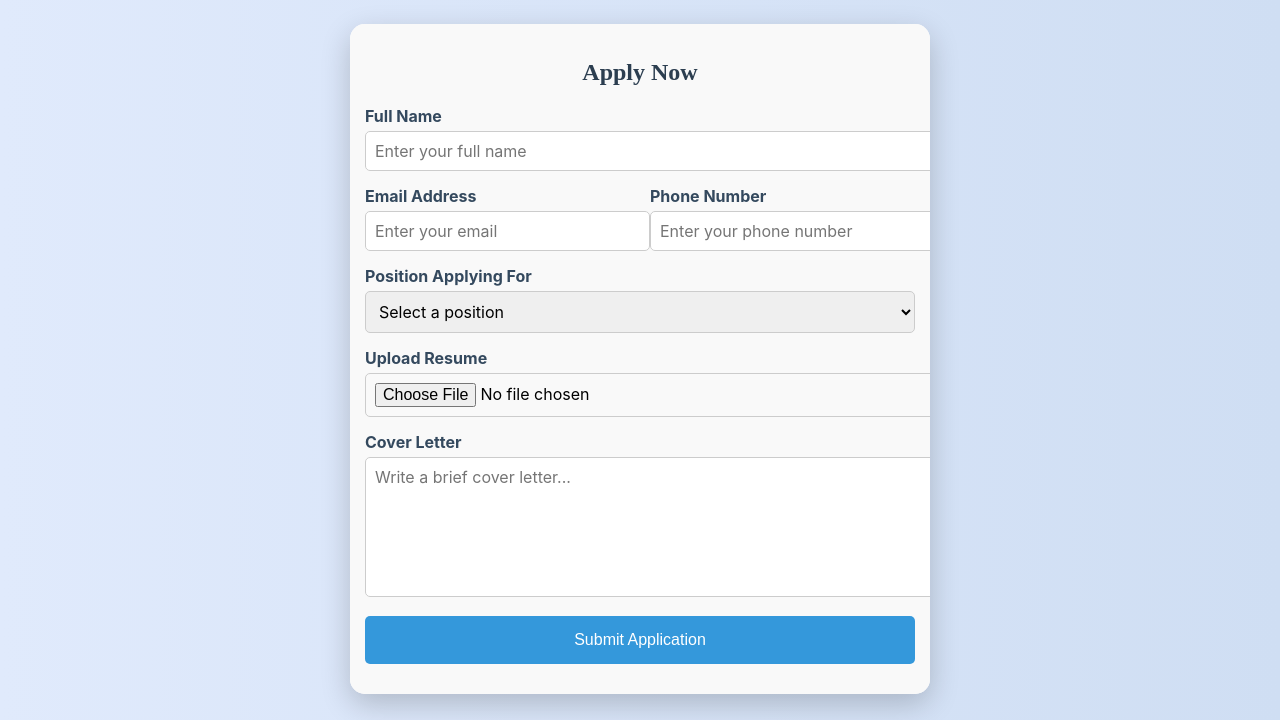
Repository: abhibkop27/CIMDR
Page: src/interview_form.html
These files come from the project's save history. The page is drawn as it stood at one moment and after the next save; the edit follows.
The browser window is 1280 px wide. The pictures show the whole page.

Above is the page before, as saved 2025-01-20 15:48:19.

### src/interview_form.html

   <!DOCTYPE html>
   <html lang="en">
   <head>
    <meta charset="UTF-8">
    <meta name="viewport" content="width=device-width, initial-scale=1.0">
    <link rel="stylesheet" href="./interview.css">
    <title>Document</title>
   </head>
   <body>
      <!-- carrer -->

      <div class="container" id="Career">
        <div class="carrer-card">
          <div class="career-page">





            <div class="form-section">
              <h2>Apply Now</h2>
              <form action="https://api.web3forms.com/submit"  method="POST">


                  <input type="hidden" name="apikey" value="f366a208-4a55-41c9-8898-09ee06530176">

                  <div class="form-group">
                      <label for="name">Full Name</label>
                      <input type="text" id="name" name="name" placeholder="Enter your full name" required>


                  </div>

                  <div class="form-group row-fields">
                    <div class="half-width">
                        <label for="email">Email Address</label>
                        <input type="email" id="email" name="email" placeholder="Enter your email" required>
                    </div>
                    <div class="half-width">
                        <label for="phone">Phone Number</label>
                        <input type="tel" id="phone" name="phone" placeholder="Enter your phone number" required>
                    </div>
                </div>

                  <div class="form-group">
                      <label for="position">Position Applying For</label>
                      <select id="position" name="position" required>
                          <option value="">Select a position</option>
                          <option value="software-developer">Software Developer</option>
                          <option value="ui-ux-designer">UI/UX Designer</option>
                          <option value="project-manager">Project Manager</option>
                          <option value="qa-engineer">QA Engineer</option>
                      </select>
                  </div>

                  <div class="form-group">
                      <label for="resume">Upload Resume</label>
                      <input type="file" id="resume" name="resume" required>
                  </div>

                  <div class="form-group">
                      <label for="message">Cover Letter</label>
                      <textarea id="message" name="message" placeholder="Write a brief cover letter..." required></textarea>
                  </div>

                  <div class="form-group">
                      <button type="submit">Submit Application</button>
                  </div>
              </form>


          </div>
        </div>
        </div>
      </div>

   </body>
   </html>

### src/interview.css

/* carrer */

body{
    background: linear-gradient(to right, #E0EAFC, #CFDEF3);
}

.container{

    height: calc(100vh - 18px);
    margin: 0px;
    display: flex;
    justify-content: center;
    align-items: center;

}

.carrer-card{

    width: calc(100vw - 0px);
    /* padding-top: 30px; */
    display: flex;
    justify-content: center;
    align-items: center;
    flex-direction: column;

    /* margin-top: 20px; */


}

.career-page {
    background: #ffffff;
    width: calc(100vw - 700px);
    /* max-width: 1100px; */
    border-radius: 15px;
    overflow: hidden;
    box-shadow: 0 10px 30px rgba(0, 0, 0, 0.2);
    display: flex;
    flex-direction: row;
    /* min-height: 80vh; */
}



.form-section {
    flex: 1;
    padding: 15px;
    display: flex;
    flex-direction: column;
    justify-content: center;
    background: #f9f9f9;
}

.form-section h2 {
    font-size: 1.5rem;

    color: #2c3e50;
    text-align: center;
    font-family: 'Poppins';
}

.form-group {
    margin-bottom: 15px;
}

.form-group label {
    font-weight: bold;
    display: block;
    margin-bottom: 5px;
    color: #34495e;
    font-family: 'Inter';
}

.form-group input,
.form-group select,
.form-group textarea {
    width: 100%;
    padding: 9px;
    font-size: 1rem;
    border: 1px solid #ccc;
    border-radius: 5px;
    font-family: 'Inter';
}

.form-group textarea {
    resize: none;
    height: 120px;
}

.form-group button {
    width: 100%;
    background: #3498db;
    color: white;
    border: none;
    padding: 15px;
    font-size: 1rem;
    border-radius: 5px;
    cursor: pointer;
    transition: background 0.3s, transform 0.3s; /* Added transform for smooth scaling */
}

.form-group button:hover {
    background: #2980b9; /* Slightly darker shade for hover effect */
    transform: scale(1.05); /* Button enlarges slightly when hovered */
}

.row-fields {
    display: flex;
    gap: 20px; /* Adjust gap between fields */
}

.row-fields .half-width {
    flex: 1; /* Ensure both fields take equal width */
}

After the next save:
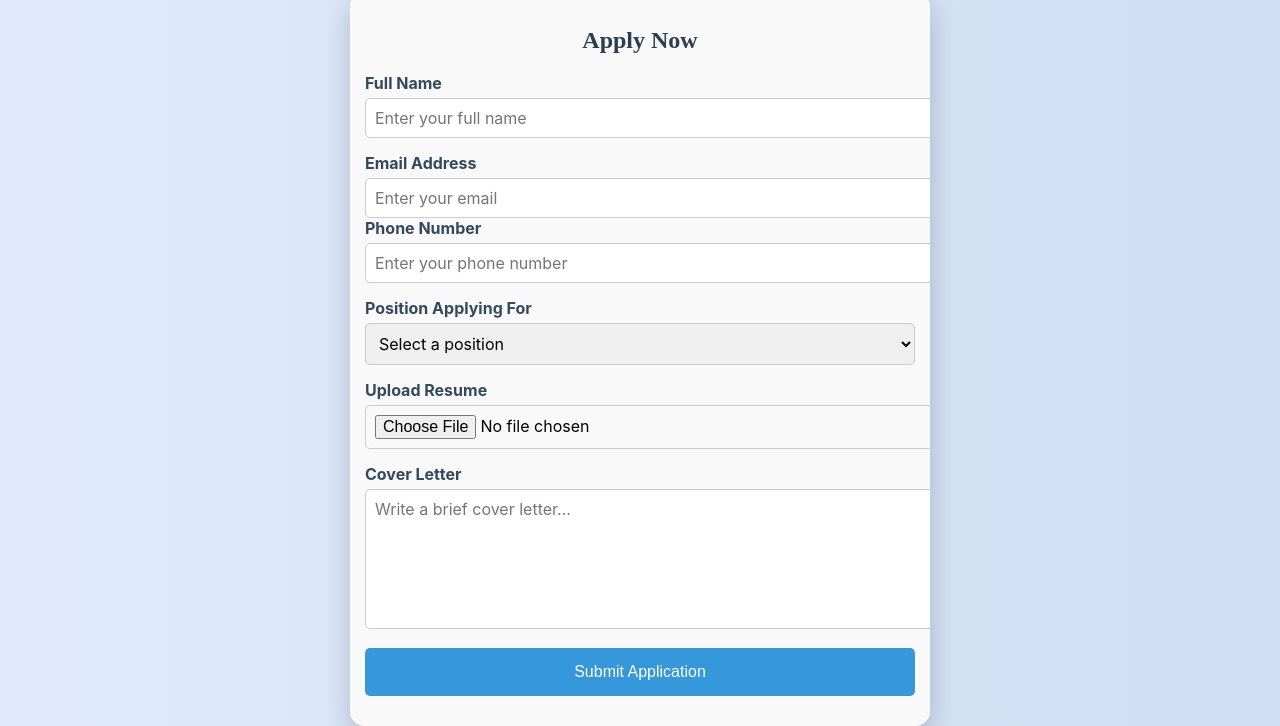
Saved 11 s later.
--- a/src/interview.css
+++ b/src/interview.css
@@ -104,12 +104,3 @@ body{
     background: #2980b9; /* Slightly darker shade for hover effect */
     transform: scale(1.05); /* Button enlarges slightly when hovered */
 }
-
-.row-fields {
-    display: flex;
-    gap: 20px; /* Adjust gap between fields */
-}
-
-.row-fields .half-width {
-    flex: 1; /* Ensure both fields take equal width */
-}

After the save that followed:
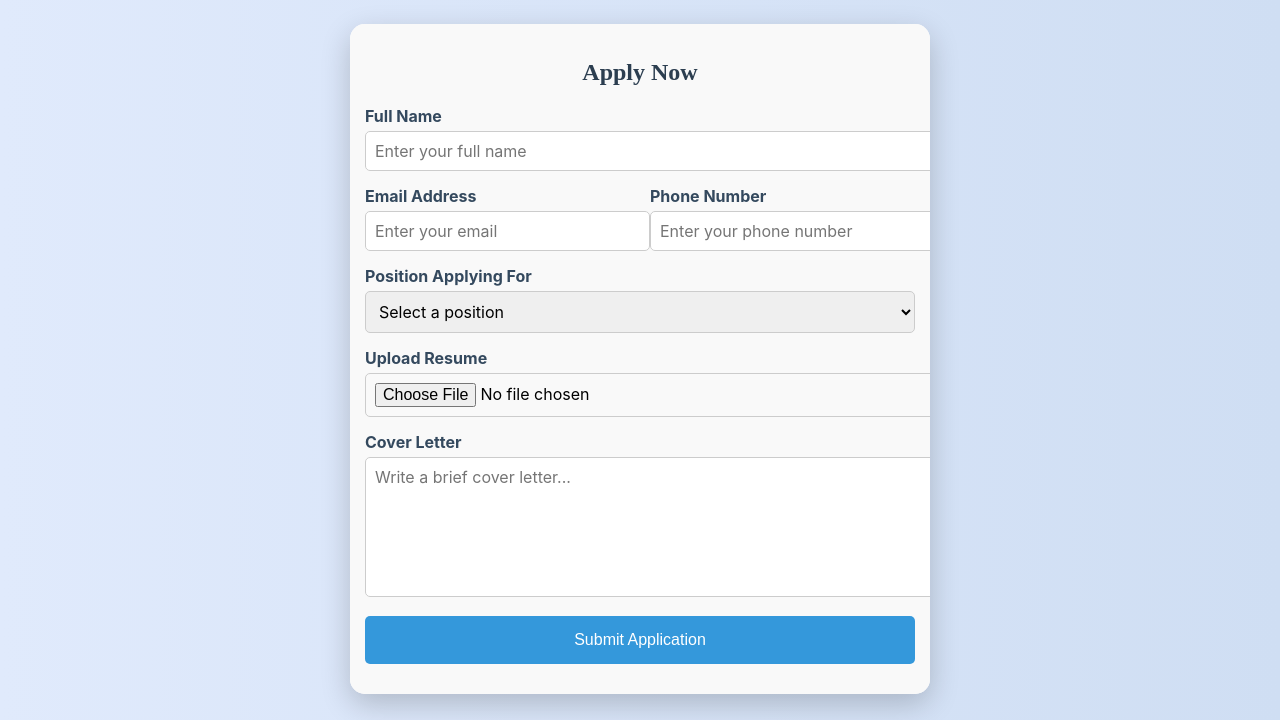
Saved 9 s later.
--- a/src/interview.css
+++ b/src/interview.css
@@ -104,3 +104,12 @@ body{
     background: #2980b9; /* Slightly darker shade for hover effect */
     transform: scale(1.05); /* Button enlarges slightly when hovered */
 }
+
+.row-fields {
+    display: flex;
+    gap: 20px; /* Adjust gap between fields */
+}
+
+.row-fields .half-width {
+    flex: 1; /* Ensure both fields take equal width */
+}
